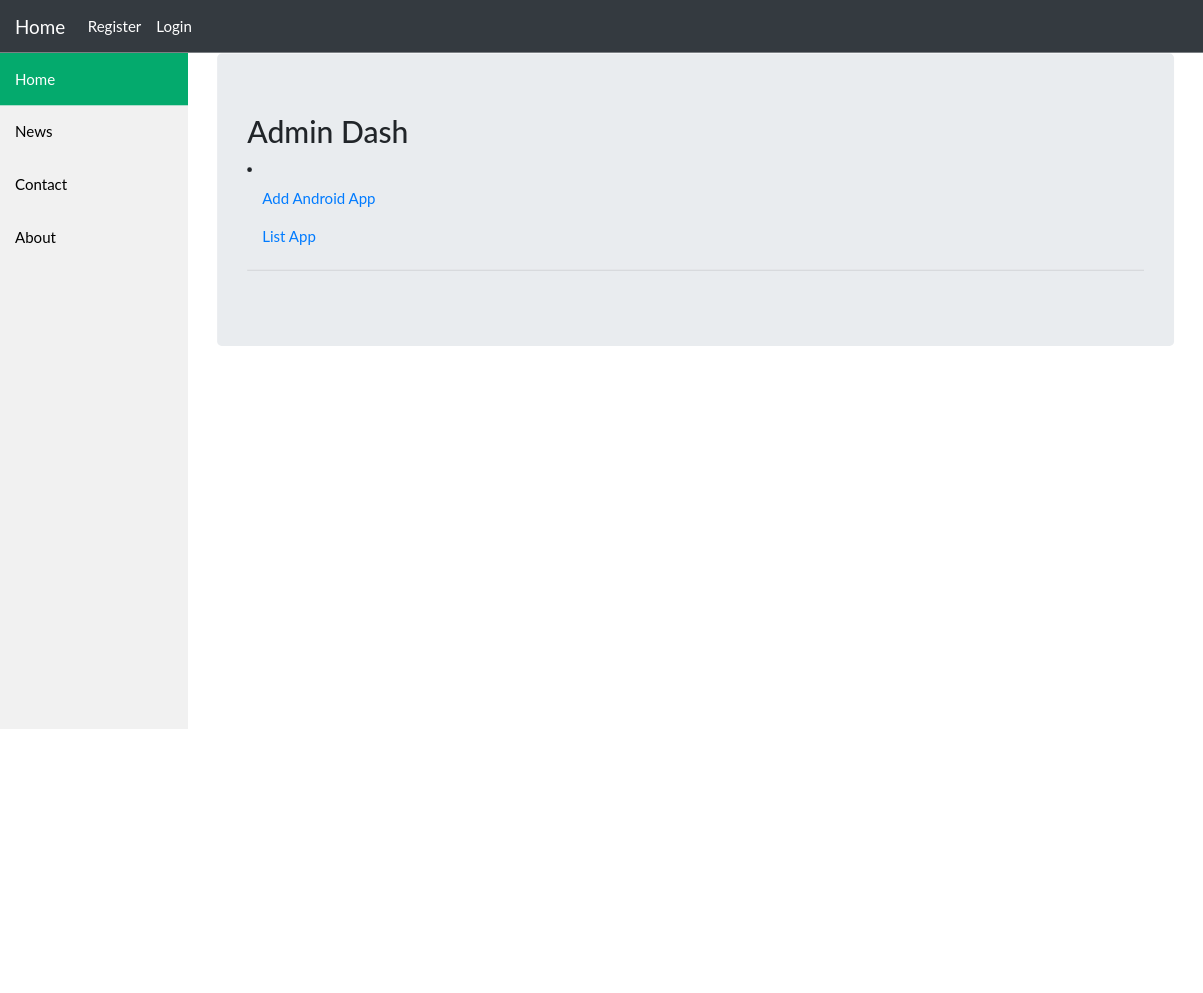
Repository: prabhat8701/nextgrowth_lab_task-main
Page: http://localhost/adminDash/
The author's editor kept a copy of each file at every save. The page is drawn from the files as they stood at one save, then again after the next save.
The browser window is 1280 px wide. The pictures show the whole page, at 94% of full size.
The page is served by the project's application, run on Django 4.2 (manage.py).

Above is the page before, as saved 2023-07-31 18:25:34.

After the next save:
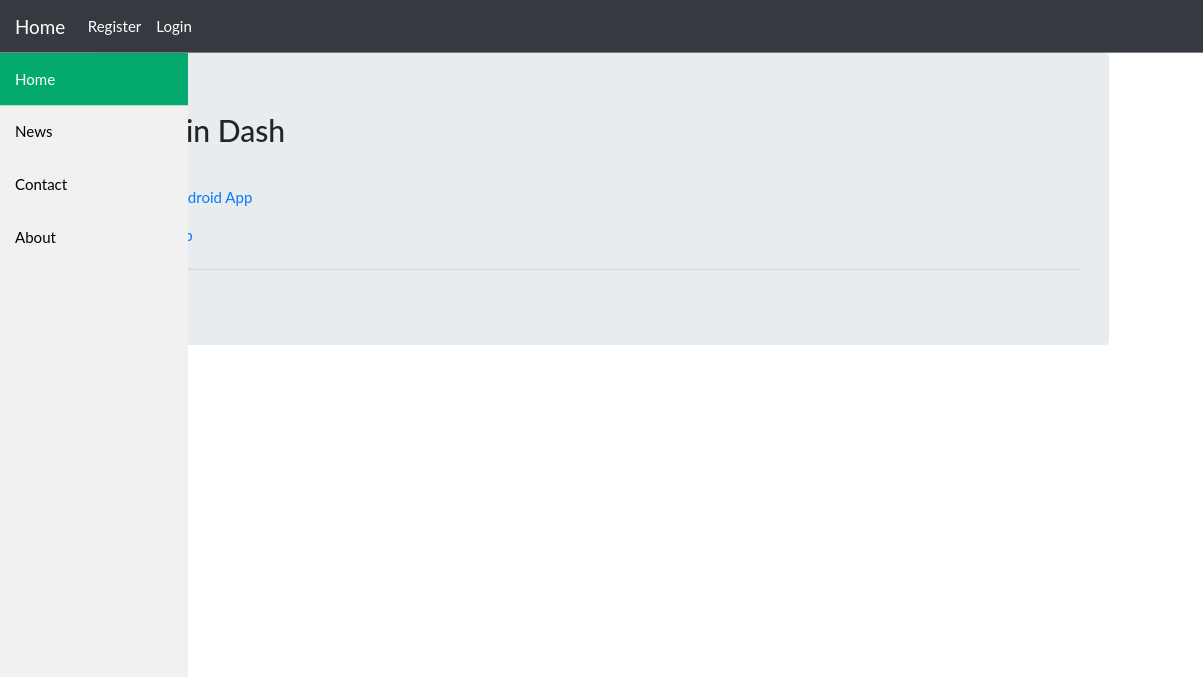
Saved 12 s later.
--- a/nextgrowAi/SET_2/next_project/templates/gradesApp/base1.html
+++ b/nextgrowAi/SET_2/next_project/templates/gradesApp/base1.html
@@ -109,7 +109,7 @@ div.content {
   <a href="#about">About</a>
 </div>
 
-<div class="content">
+<div class="container">
     {% block body_block %}
 
 
